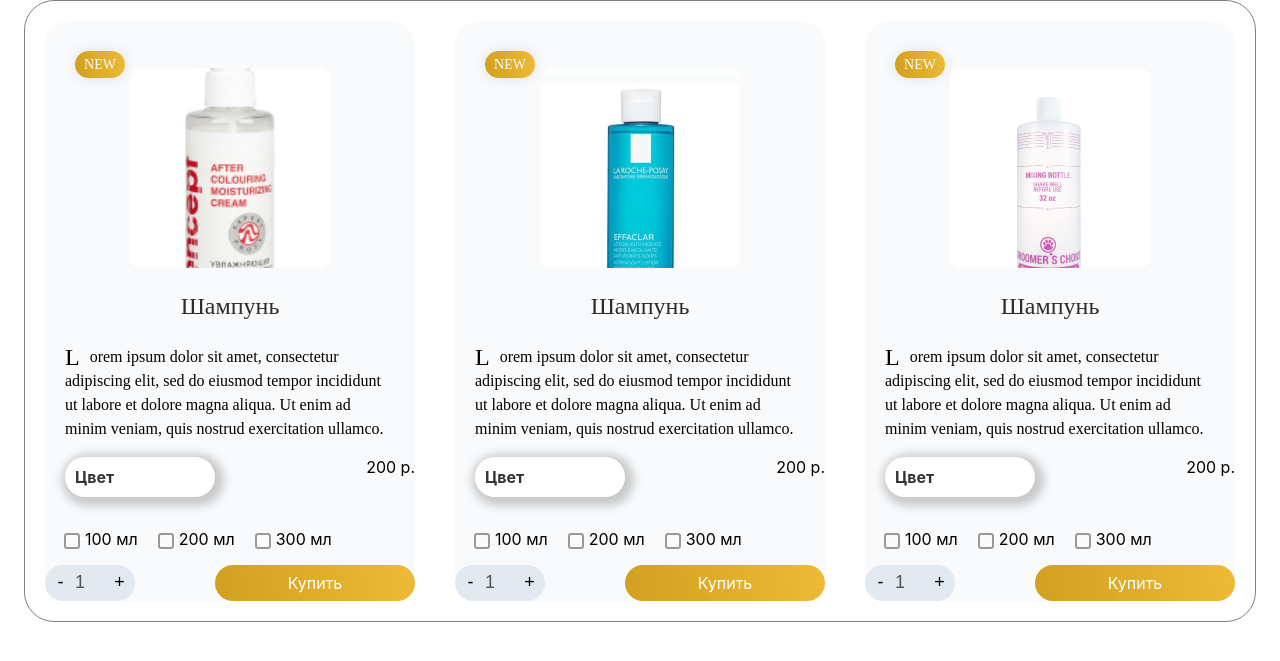
Repository: MiroslavWise/shamptu
Page: /
These files come from the project's save history. The page is drawn as it stood at one moment and after the next save; the edit follows.
The browser window is 1280 px wide. The pictures show the whole page.
The pointer rests on the first visible `.image`.
The project was rebuilt for these pictures with package versions that can differ from the ones it lists, and the page was loaded fresh each time. Also part of the build but not shown: src/App.css.

Above is the page before, as saved 2022-02-17 18:01:23.

After the next save:
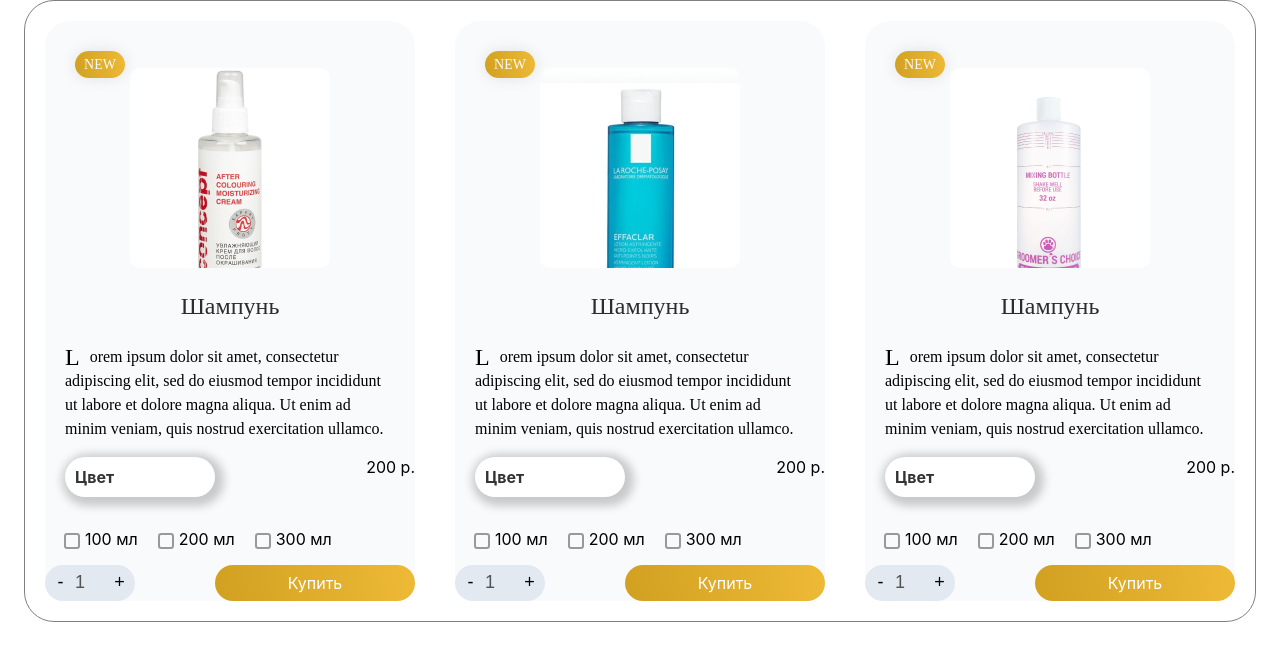
Saved 25 s later.
--- a/src/components/items/style.css
+++ b/src/components/items/style.css
@@ -64,7 +64,7 @@
 
 .image:hover {
     cursor: pointer;
-    transform: scale(1.4)
+
 }
 .image img {
     -moz-transition: all 1s ease-out;
